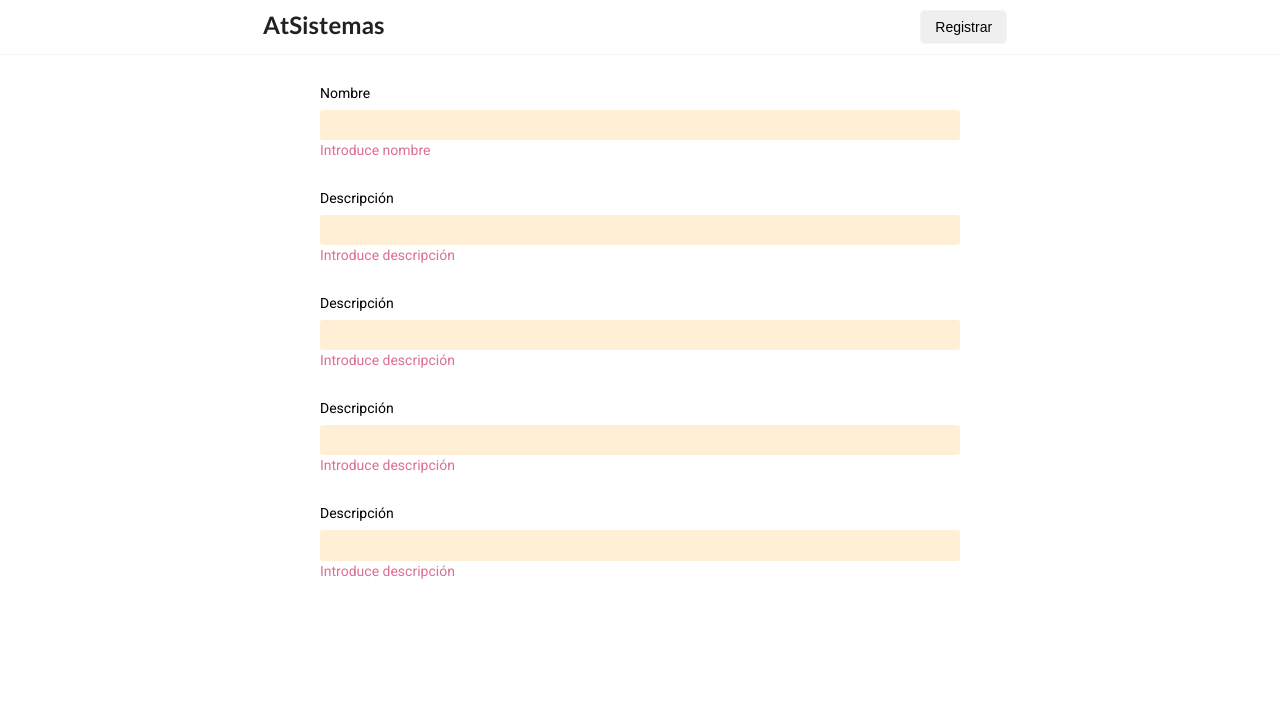
Repository: banchiec/atsistemas
Page: /site/register-site
The author's editor kept a copy of each file at every save. The page is drawn from the files as they stood at one save, then again after the next save.
The browser window is 1280 px wide. The pictures show the whole page.
The project was rebuilt for these pictures with package versions that can differ from the ones it lists, and the page was loaded fresh each time. Also part of the build but not shown: src/components/SiteCard/SiteCard.js, src/redux/actions/sitesActions.js, src/screens/SiteScreen/SiteScreen.js, src/screens/SiteDetailsScreen/SiteDetailsScreen.js.

Above is the page before, as saved 2022-08-16 14:21:18.

After the next save:
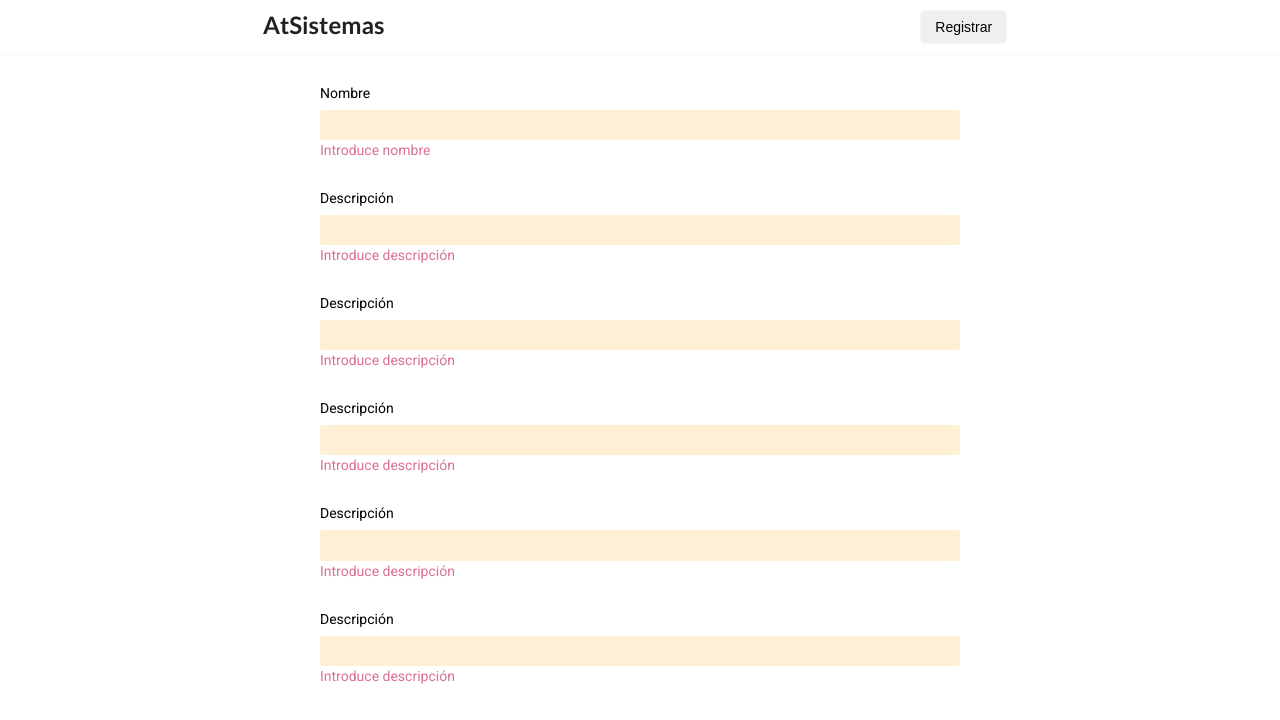
Saved 12 s later.
--- a/src/screens/RegisterSiteScreen/RegisterSiteScreen.js
+++ b/src/screens/RegisterSiteScreen/RegisterSiteScreen.js
@@ -28,6 +28,11 @@ const RegisterSiteScreen = () => {
 				<Input id='publicPath'/>
 				<Message>Introduce descripción</Message>
 			</FormControl>
+			<FormControl>
+				<Label htmlFor="label">Descripción</Label>
+				<Input id='site'/>
+				<Message>Introduce descripción</Message>
+			</FormControl>
 		</ContainerRegisterSiteScreen>
 	)
 }
